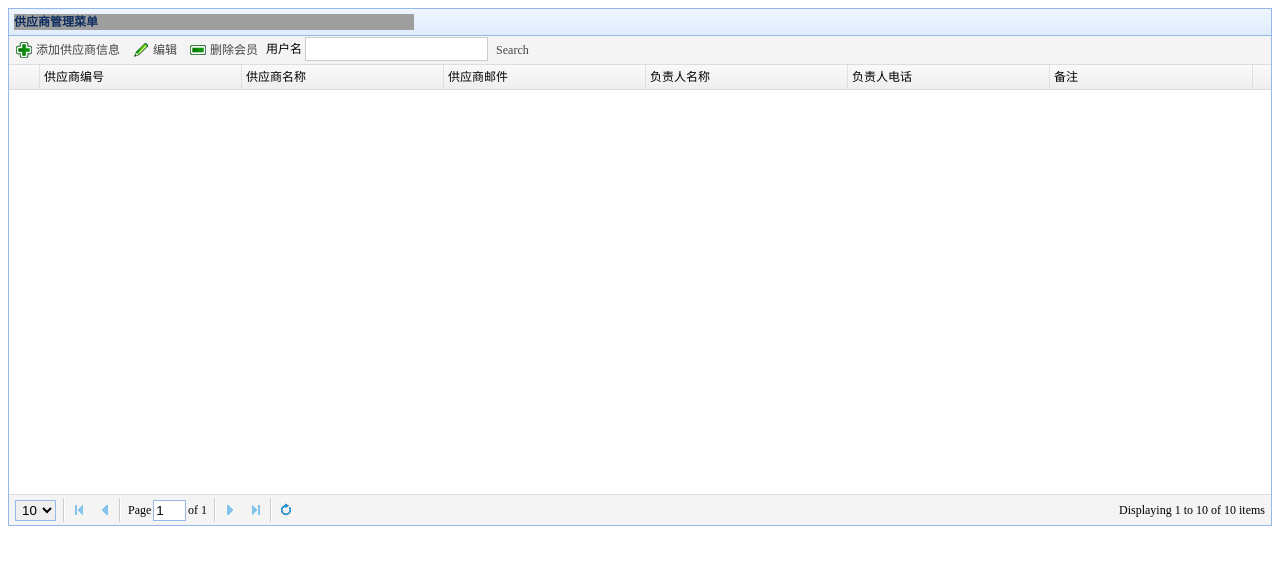
Repository: xnmll/jsp-mysql-mini-system
Page: finally/Member/WebRoot/PersonalMember.html
These files come from the project's save history. The page is drawn as it stood at one moment and after the next save; the edit follows.
The browser window is 1280 px wide. The pictures show the whole page.
Pictures or frames that could not be fetched are drawn as grey boxes. The page's requests for data from a server got no answer.

Above is the page before, as saved 2018-05-02 12:40:15.

After the next save:
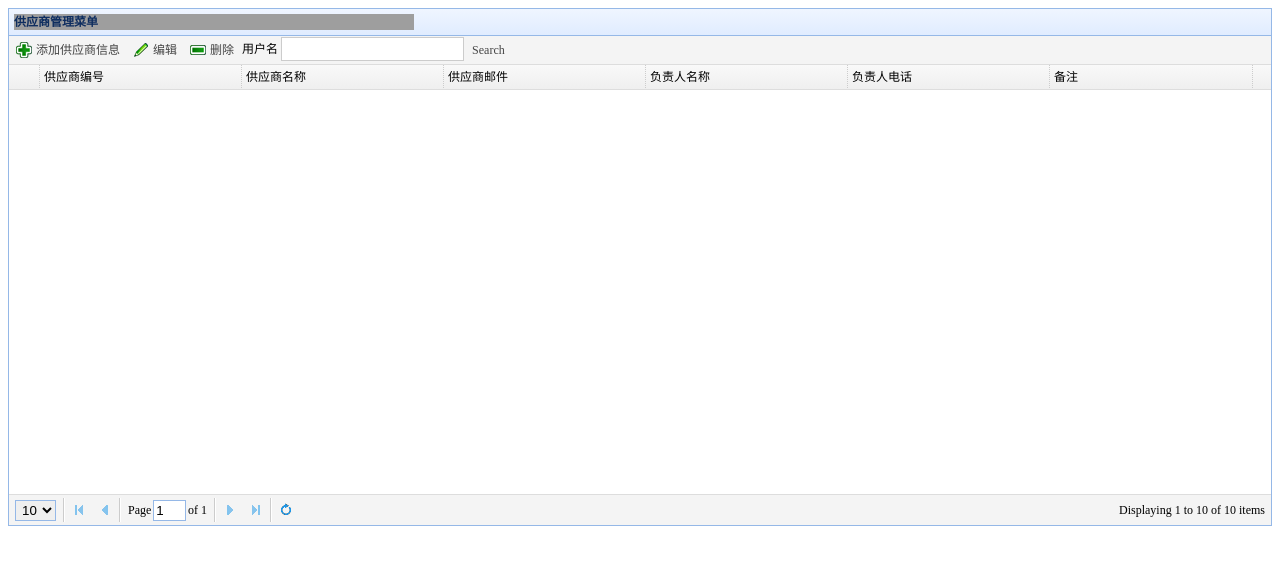
Saved 4 s later.
--- a/finally/Member/WebRoot/PersonalMember.html
+++ b/finally/Member/WebRoot/PersonalMember.html
@@ -154,7 +154,7 @@
 			href="javascript:void(0)" class="easyui-linkbutton"
 			iconCls="icon-edit" plain="true" onclick="editMember2()">编辑</a> <a
 			href="javascript:void(0)" class="easyui-linkbutton"
-			iconCls="icon-remove" plain="true" onclick="destroyMember()">删除会员</a>
+			iconCls="icon-remove" plain="true" onclick="destroyMember()">删除</a>
 		<span>用户名</span> <input id="user" name="user"
 			style="line-height:20px;border:1px solid #ccc"> <a href="#"
 			class="easyui-linkbutton" plain="true" onclick="doSearch()">Search</a>
